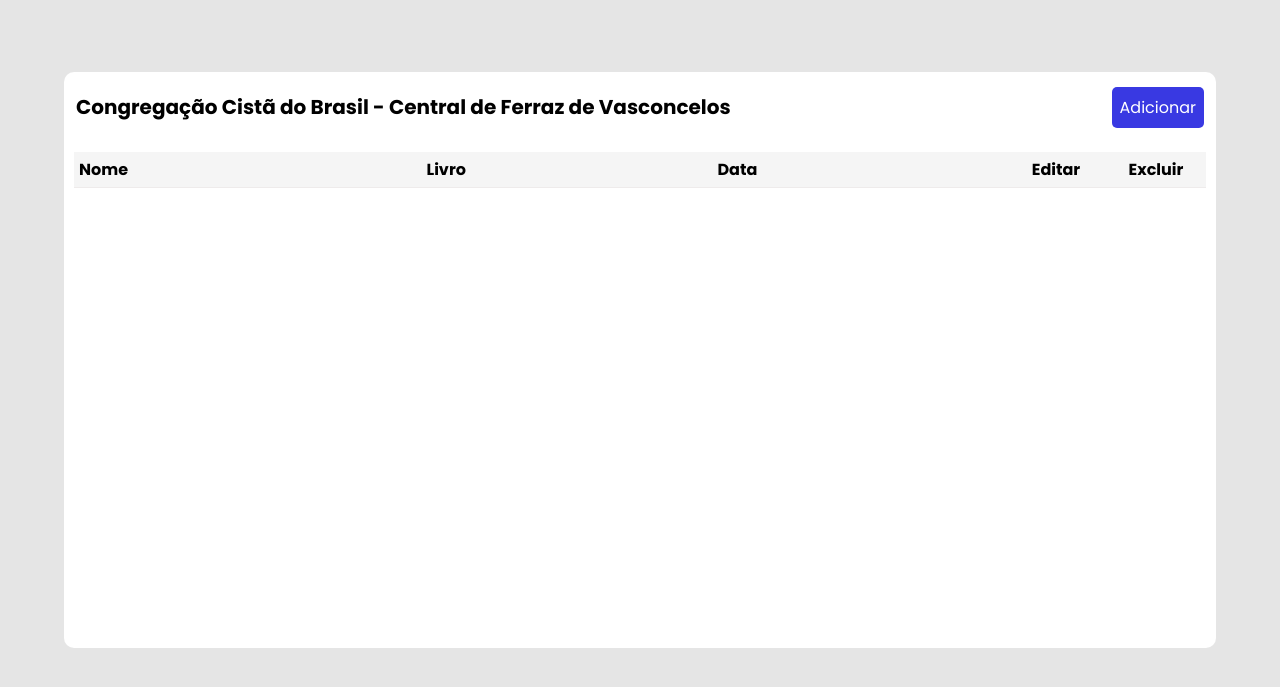
Repository: Matheus904-12/API-da-CCB
Page: index.html
These files come from the project's save history. The page is drawn as it stood at one moment and after the next save; the edit follows.
The browser window is 1280 px wide. The pictures show the whole page.

Above is the page before, as saved 2024-01-12 02:39:45.

### index.html
<!DOCTYPE html>
<html lang="pt-br">

<head>
  <meta charset="UTF-8">
  <meta http-equiv="X-UA-Compatible" content="IE=edge">
  <meta name="viewport" content="width=device-width, initial-scale=1.0">
  <title>CCB - Central</title>
  <link rel="stylesheet" href="style.css">
  <link href='https://unpkg.com/boxicons@2.1.1/css/boxicons.min.css' rel='stylesheet'>
</head>

<body>
  <div class="container">
    <div class="header">
      <span>Congregação Cistã do Brasil - Central de Ferraz de Vasconcelos</span>
      <button onclick="openModal()" id="new">Adicionar</i></button>
    </div>

    <div class="divTable">
      <table>
        <thead>
          <tr>
            <th>Nome</th>
            <th>Livro</th>
            <th>Data</th>
            <th class="acao">Editar</th>
            <th class="acao">Excluir</th>
          </tr>
        </thead>
        <tbody>
        </tbody>
      </table>
    </div>

    <div class="modal-container">
      <div class="modal">
        <form>
          <label for="gender">Auxiliar</label>
            <select id="gender2">
                <option value="">Nenhum</option>
                <option value="">Aline Gomes Santos</option>
                <option value="">Alfredo Bruske Schuster</option>
                <option value="">Alef Vinicius</option>
                <option value="">José Victor Zeller Gonçalves</option>
                <option value="">Jonas Amorim Lopes da Silva</option>
                <option value="">Loraine de Assis Souza</option>
                <option value="">Natália de Sena Marques</option>
              </select>
              <input type="text">

          <label for="m-nome">Nome</label>
          <input id="m-nome" type="text" required />

          <label for="m-funcao">Livro</label>
          <input id="m-funcao" type="text" required />

          <label for="m-funcao">Capítulo</label>
          <input id="m-funcao" type="number" required />

          <label for="m-funcao">Versículo</label>
          <input id="m-funcao" type="number" required />

          <label for="date">Data</label>
          <input  id="m-date" type="date" id="date" required />
          <button id="btnSalvar">Salvar</button>
        </form>
      </div>
    </div>

  </div>
  <script src="script.js"></script>
</body>

</html>

### style.css
@import url('https://fonts.googleapis.com/css2?family=Poppins:wght@200;300;400;500;700&family=Roboto:wght@100;300;400;500;700;900&family=Source+Sans+Pro:wght@200;300;400;600;700;900&display=swap');

* {
  margin: 0;
  padding: 0;
  box-sizing: border-box;
  font-family: 'Poppins', sans-serif;
}

body {
  width: 100vw;
  height: 100vh;
  display: flex;
  align-items: center;
  justify-content: center;
  background-color: rgba(0,0,0,0.1);
}

button {
  cursor: pointer;
}

.container {
  width: 90%;
  height: 80%;
  border-radius: 10px;
  background: white;
}

.header {
  min-height: 70px;
  display: flex;
  align-items: center;
  justify-content: space-between;
  margin: auto 12px;
}

.header span {
  font-weight: 900;
  font-size: 20px;
  word-break: break-all;
}

#new {
  font-size: 16px;
  padding: 8px;
  border-radius: 5px;
  border: none;
  color: white;
  background-color: rgb(57, 57, 226);
}

.divTable {
  padding: 10px;
  width: auto;
  height:inherit;
  overflow:auto;
}

.divTable::-webkit-scrollbar {
  width: 12px;
  background-color: whitesmoke;
}

.divTable::-webkit-scrollbar-thumb {
  border-radius: 10px;
  background-color: darkgray;
}

table {
  width: 100%;
  border-spacing: 10px;
  word-break: break-all;
  border-collapse: collapse;
}

thead {
  background-color: whitesmoke;
}

tr {
  border-bottom: 1px solid rgb(238, 235, 235)!important;
}

tbody tr td {
  vertical-align: text-top;
  padding: 6px;
  max-width: 50px;
}

thead tr th {
  padding: 5px;
  text-align: start;
  margin-bottom: 50px;
}

tbody tr {
  margin-bottom: 50px;
}

thead tr th.acao {
  width: 100px!important;
  text-align: center;
}

tbody tr td.acao {
  text-align: center;
}

@media (max-width: 700px) {
  body {
    font-size: 10px;
  }

  .header span {
    font-size: 15px;
  }

  #new {
    padding: 5px;
    font-size: 10px;
  }

  thead tr th.acao {
    width: auto!important;
  }

  td button i {
    font-size: 20px!important;
  }

  td button i:first-child {
    margin-right: 0;
  }

  .modal {
    width: 90%!important;
  }

  .modal label {
    font-size: 12px!important;
  }
}

.modal-container {
  width: 100vw;
  height: 100vh;
  position: fixed;
  top: 0;
  left: 0;
  background-color: rgba(0, 0, 0, 0.5);
  display: none;
  z-index: 999;
  align-items: center;
  justify-content: center;
}

.modal {
  display: flex;
  flex-direction: column;
  align-items: center;
  padding: 40px;
  background-color: white;
  border-radius: 10px;
  width: 50%;
}

.modal label {
  font-size: 14px;
  width: 100%;
}

.modal input {
  width: 100%;
  outline: none;
  padding: 5px 10px;
  width: 100%;
  margin-bottom: 20px;
  border-top: none;
  border-left: none;
  border-right: none;
}

.modal button {
  width: 100%;
  margin: 10px auto;
  outline: none;
  border-radius: 20px;
  padding: 5px 10px;
  width: 100%;
  border: none;
  background-color: rgb(57, 57, 226);
  color: white;
}

.active {
  display: flex;
}

.active .modal {
  animation: modal .4s;
}

@keyframes modal {
  from {
    opacity: 0;
    transform: translate3d(0, -60px, 0);
  }
  to {
    opacity: 1;
    transform: translate3d(0, 0, 0);
  }
}

td button {
  border: none;
  outline: none;
  background: transparent;
}

td button i {
  font-size: 25px;
}

td button i:first-child {
  margin-right: 10px;
}

### script.js
const modal = document.querySelector('.modal-container');
const tbody = document.querySelector('tbody');
const sNome = document.querySelector('#m-nome');
const sLivro = document.querySelector('#m-funcao');
const sCapitulo = document.querySelector('#m-funcao');
const sVersiculo = document.querySelector('#m-funcao');
const sData = document.querySelector('#m-date');
const sAuxiliar = document.querySelector('#gender2');
const btnSalvar = document.querySelector('#btnSalvar');

let itens;
let id;

function openModal(edit = false, index = 0) {
    modal.style.display = 'flex';

    modal.onclick = e => {
        if (e.target.className.indexOf('modal-container') !== -1) {
            modal.style.display = 'none';
        }
    };

    if (edit) {
        sNome.value = itens[index].nome;
        sLivro.value = itens[index].livro;
        sCapitulo.value = itens[index].capitulo;
        sVersiculo.value = itens[index].versiculo;
        sData.value = itens[index].data;
        sAuxiliar.value = itens[index].auxiliar;
        id = index;
    } else {
        sNome.value = '';
        sLivro.value = '';
        sCapitulo.value = '';
        sVersiculo.value = '';
        sData.value = '';
        sAuxiliar.value = '';
    }
}

function deleteItem(index) {
    itens.splice(index, 1);
    setItensBD();
    loadItens();
}

function saveItem() {
    if (sNome.value === '' || sLivro.value === '' || sCapitulo.value === '' || sVersiculo.value === '' || sData.value === '' || sAuxiliar.value === '') {
        return;
    }

    if (id !== undefined) {
        itens[id].nome = sNome.value;
        itens[id].livro = sLivro.value;
        itens[id].capitulo = sCapitulo.value;
        itens[id].versiculo = sVersiculo.value;
        itens[id].data = sData.value;
        itens[id].auxiliar = sAuxiliar.value;
    } else {
        itens.push({
            'nome': sNome.value,
            'livro': sLivro.value,
            'capitulo': sCapitulo.value,
            'versiculo': sVersiculo.value,
            'data': sData.value,
            'auxiliar': sAuxiliar.value
        });
    }

    setItensBD();

    modal.style.display = 'none';
    loadItens();
    id = undefined;
}

function insertItem(item, index) {
    let tr = document.createElement('tr');

    tr.innerHTML = `
        <td>${item.nome}</td>
        <td>${item.livro}</td>
        <td>${item.data}</td>
        <td class="acao">
            <button onclick="openModal(true, ${index})"><i class='bx bx-edit'></i></button>
        </td>
        <td class="acao">
            <button onclick="deleteItem(${index})"><i class='bx bx-trash'></i></button>
        </td>
    `;
    tbody.appendChild(tr);
}

function loadItens() {
    itens = getItensBD();
    tbody.innerHTML = '';
    itens.forEach((item, index) => {
        insertItem(item, index);
    });
}

const getItensBD = () => JSON.parse(localStorage.getItem('dbfunc')) || [];
const setItensBD = () => localStorage.setItem('dbfunc', JSON.stringify(itens));

loadItens();

After the next save:
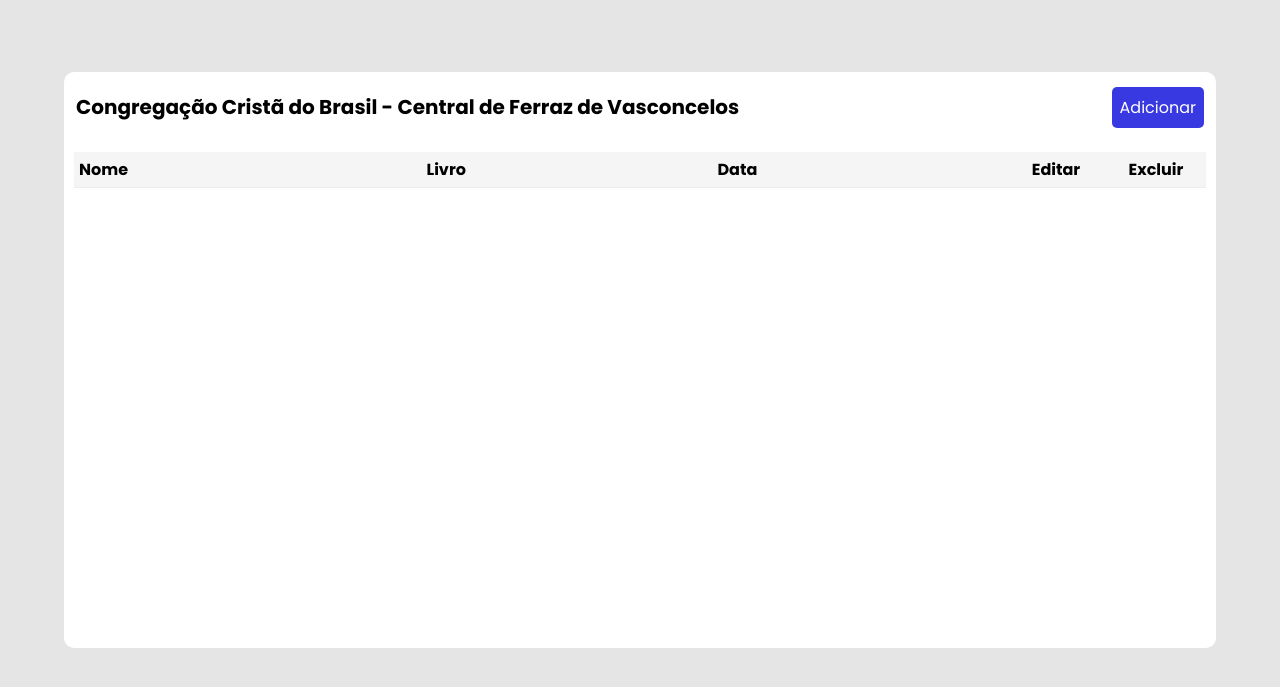
Saved 2 min 49 s later.
--- a/index.html
+++ b/index.html
@@ -13,8 +13,8 @@
 <body>
   <div class="container">
     <div class="header">
-      <span>Congregação Cistã do Brasil - Central de Ferraz de Vasconcelos</span>
-      <button onclick="openModal()" id="new">Adicionar</i></button>
+      <span>Congregação Cristã do Brasil - Central de Ferraz de Vasconcelos</span>
+      <button onclick="openModal()" id="new">Adicionar</button>
     </div>
 
     <div class="divTable">
@@ -36,18 +36,17 @@
     <div class="modal-container">
       <div class="modal">
         <form>
-          <label for="gender">Auxiliar</label>
-            <select id="gender2">
-                <option value="">Nenhum</option>
-                <option value="">Aline Gomes Santos</option>
-                <option value="">Alfredo Bruske Schuster</option>
-                <option value="">Alef Vinicius</option>
-                <option value="">José Victor Zeller Gonçalves</option>
-                <option value="">Jonas Amorim Lopes da Silva</option>
-                <option value="">Loraine de Assis Souza</option>
-                <option value="">Natália de Sena Marques</option>
-              </select>
-              <input type="text">
+          <label for="gender2">Auxiliar</label>
+          <select id="gender2">
+            <option value="">Nenhum</option>
+            <option value="">Aline Gomes Santos</option>
+            <option value="">Alfredo Bruske Schuster</option>
+            <option value="">Alef Vinicius</option>
+            <option value="">José Victor Zeller Gonçalves</option>
+            <option value="">Jonas Amorim Lopes da Silva</option>
+            <option value="">Loraine de Assis Souza</option>
+            <option value="">Natália de Sena Marques</option>
+          </select>
 
           <label for="m-nome">Nome</label>
           <input id="m-nome" type="text" required />
@@ -61,8 +60,8 @@
           <label for="m-funcao">Versículo</label>
           <input id="m-funcao" type="number" required />
 
-          <label for="date">Data</label>
-          <input  id="m-date" type="date" id="date" required />
+          <label for="m-date">Data</label>
+          <input id="m-date" type="date" required />
           <button id="btnSalvar">Salvar</button>
         </form>
       </div>
